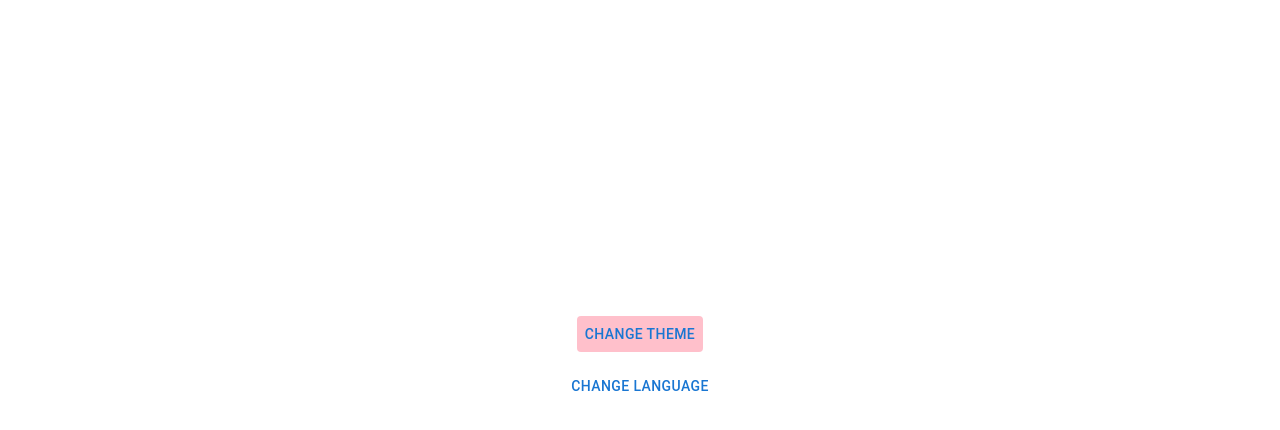
Repository: savannaaaas/contextLanguageTheme
Page: /
These files come from the project's save history. The page is drawn as it stood at one moment and after the next save; the edit follows.
The browser window is 1280 px wide. The pictures show the whole page.
The project was rebuilt for these pictures with package versions that can differ from the ones it lists, and the page was loaded fresh each time. Also part of the build but not shown: vite.config.js.

Above is the page before, as saved 2025-07-11 17:25:02.

After the next save:
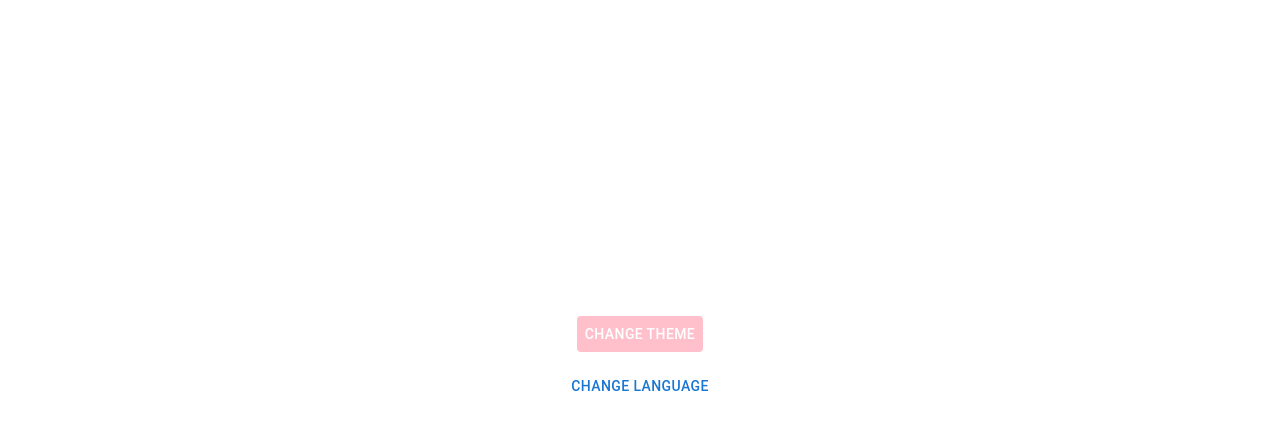
Saved 26 s later.
--- a/src/components/ControlsPanel.jsx
+++ b/src/components/ControlsPanel.jsx
@@ -7,7 +7,10 @@ export const ControlsPanel = () => {
   const { toggleLanguage } = useContext(LanguageContext);
   return (
     <>
-      <Button onClick={toggleTheme} style={{ backgroundColor: "pink" }}>
+      <Button
+        onClick={toggleTheme}
+        style={{ backgroundColor: "pink", color: "#fff" }}
+      >
         Change theme
       </Button>
       <Button onClick={() => toggleLanguage()}>Change language</Button>
